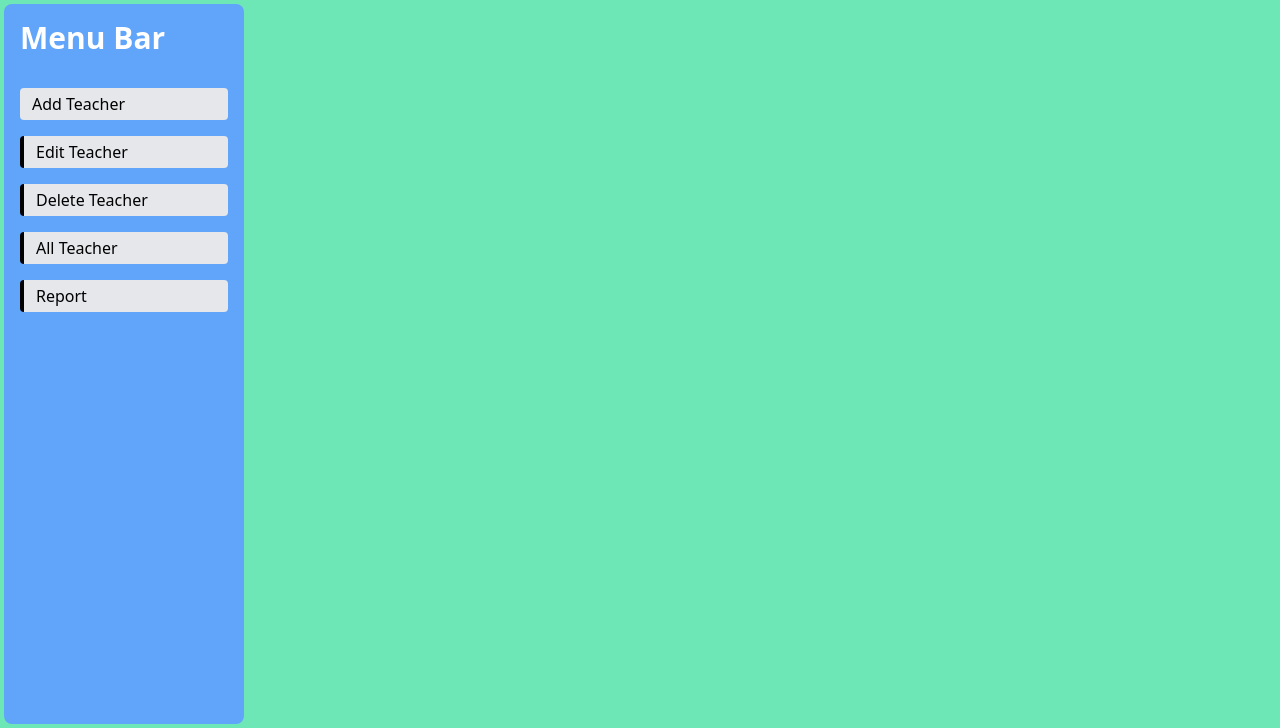
Repository: Haseeb467/Faculty-Online-data
Page: /SideBar
The author's editor kept a copy of each file at every save. The page is drawn from the files as they stood at one save, then again after a run of saves.
The browser window is 1280 px wide. The pictures show the whole page.
The project was rebuilt for these pictures with package versions that can differ from the ones it lists, and the page was loaded fresh each time. Also part of the build but not shown: vite.config.ts, src/Admin/EditTeacher/EditTeacher.tsx, src/Pages/mainPage/MainPageItems.tsx, src/Components/Loader.css, src/Components/Hourglass.tsx, src/Components/NavBar.tsx, src/Components/AdminLayout.tsx, src/Admin/AddTeacher/AddTeacher.tsx and 15 more.

Above is the page before, as saved 2024-12-25 22:31:06.

After the next 7 saves:
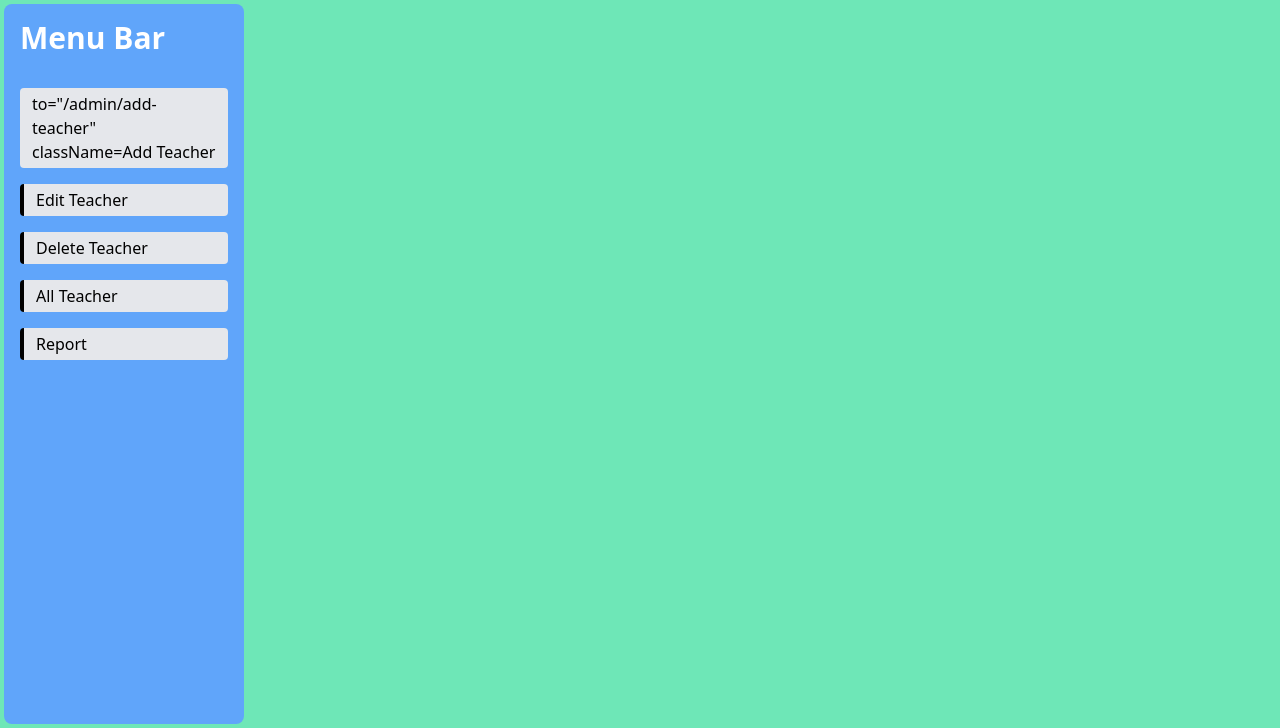
The 7 saves are shown as one change because 2 did not build or start and some came seconds apart.
The last was saved 22 s later.
--- a/src/Components/Sidebar.tsx
+++ b/src/Components/Sidebar.tsx
@@ -13,16 +13,16 @@ const SideBar = () => {
             <div className="link ">
                 <nav className="mt-8">
                     <ul className="space-y-4">
+                        <NavLink
+                        >
                         <li className="cursor-pointer py-1 px-3 border-1-4 border-black rounded bg-gray-200 text-black hover:bg-gray-100">
-                            <NavLink
                                 to="/admin/add-teacher"
                                 className={({ isActive }) =>
-                                    ` ${isActive ? " bg-gray-100 w-" : ""}`
+                                    ` ${isActive ? " bg-gray-100 " : ""}`
                                 }
-                            >
                                 Add Teacher
+                        </li>
                             </NavLink>
-                        </li>
 
                         <li className="cursor-pointer py-1  px-3 rounded hover:text-black hover:bg-gray-100 $  text-black border-l-4 border-black bg-gray-200  ">
                             <Link to="EditTeacherByAdmin" className="w-full">Edit Teacher </Link>
